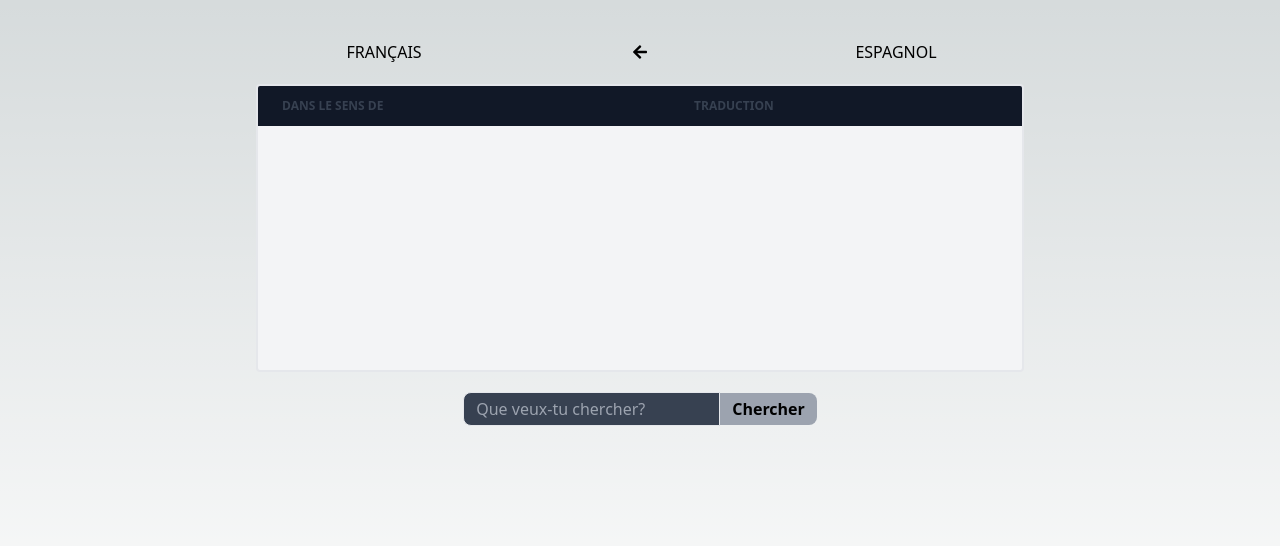
Repository: All-Khwarizmi/Dico
Page: /
An editor plug-in stored every save of this project. The page is shown before and after the next save, followed by the edit.
The browser window is 1280 px wide. The pictures show the whole page.
An inner scrolling area shows only its first screen. The project was rebuilt for these pictures with package versions that can differ from the ones it lists, and the page was loaded fresh each time. The framework's server and built-in components were replaced by stand-ins that run in the browser. Also part of the build but not shown: next.config.js, vite.config.ts.

Above is the page before, as saved 2023-02-17 18:27:07.

### src/app/page.tsx
'use client';
import Image from 'next/image';
import { Inter } from '@next/font/google';
import { FaArrowLeft } from 'react-icons/fa';
import { BsArrowRight } from 'react-icons/bs';
import { FaArrowRight } from 'react-icons/fa';
import EspModal from '@/components/EspModal';
import DicoModal from '@/components/DicoModal';

const inter = Inter({ subsets: ['latin'] });
import parse from 'html-react-parser';
import { useState } from 'react';
import Link from 'next/link';

type Trad = {
  source: string;
  target: string;
};
type Translations = Array<Trad>;
interface TranslationsFetch {
  translations: Array<Trad>;
}
export default function Home() {
  const [word, setWord] = useState<string>('');
  const [isFr, setIsFR] = useState<Boolean>(false);
  const [translations, setTranslations] = useState<Translations>([]);

  const submitWord = (e: React.FormEvent<HTMLFormElement>) => {
    e.preventDefault();
    let check = word.split(' ').length;
    console.log('Submitting', check);
    if (check > 1) {
      return window.alert('1 mot à la fois');
    }
    if (isFr) return fetchDico(word).catch((err) => console.log(err));
     fetchDicoEsp(word).catch((err) => console.log(err));
  };

  const inputWord = (e: React.ChangeEvent<HTMLInputElement>) => {
    return setWord(e.target.value);
  };

  const fetchDico = async (word: string): Promise<void> => {
    console.log('Fetching..');
     const url = 'https://dico-ochre.vercel.app/api/dico';
    const options: RequestInit = {
      method: 'POST',
      headers: {
        'Content-Type': 'text/plain;charset=UTF-8',
      },
      body: JSON.stringify(word),
    };
    const res = await fetch(url, options);
    // eslint-disable-next-line @typescript-eslint/no-unsafe-assignment
    const data = await res.json();
    console.log('Data: ', data);
    // eslint-disable-next-line @typescript-eslint/no-unsafe-assignment
    const { translations }: TranslationsFetch = data;
    setTranslations(translations);
    setWord('');
  };
  const fetchDicoEsp = async (word: string): Promise<void> => {
    console.log('Fetching..');
    const url = 'https://dico-ochre.vercel.app/api/esp';
    const options: RequestInit = {
      method: 'POST',
      headers: {
        'Content-Type': 'text/plain;charset=UTF-8',
      },
      body: JSON.stringify(word),
    };
    const res = await fetch(url, options);
    // eslint-disable-next-line @typescript-eslint/no-unsafe-assignment
    const data = await res.json();
    console.log('Data: ', data);
    // eslint-disable-next-line @typescript-eslint/no-unsafe-assignment
    const { translations }: TranslationsFetch = data;
    setTranslations(translations);
    setWord('');
  };
  return (
    <main className='h-screen w-screen'>
      <div className='grid place-items-center pt-5 '>
        {isFr ? (
          <div className='grid w-[60%] grid-cols-3  place-items-center  '>
            <button onClick={() => setIsFR(!isFr)}>
              <h1 className='py-5 text-center uppercase text-1xl'>Français</h1>
            </button>
            <button onClick={() => setIsFR(!isFr)}>
              <FaArrowRight />
            </button>
            <button onClick={() => setIsFR(!isFr)}>
              <h1 className='py-5 text-center uppercase text-1xl'>Espagnol</h1>
            </button>
          </div>
        ) : (
          <div className='grid w-[60%] grid-cols-3  place-items-center  '>
            <button onClick={() => setIsFR(!isFr)}>
              <h1 className='py-5 text-center uppercase text-1xl'>Français</h1>
            </button>
            <button onClick={() => setIsFR(!isFr)}>
              <FaArrowLeft />
            </button>
            <button onClick={() => setIsFR(!isFr)}>
              <h1 className='py-5 text-center uppercase text-1xl'>Espagnol</h1>
            </button>
          </div>
        )}
      </div>
      <div className='flex h-[100%] flex-col items-center gap-5'>
        <div className=' h-[40%] max-h-[40%] w-[60%] overflow-scroll rounded border-2 border-solid bg-gray-100'>
          <div className='text-black '>
            <div className=''>
              <table className='  relative w-full text-left text-sm text-gray-500 dark:text-gray-400'>
                <thead className='  sticky top-0 bg-gray-900 text-xs uppercase text-gray-700 '>
                  <tr>
                    <th scope='col' className='px-6 dark:text-white py-3 '>
                      Dans le sens de
                    </th>
                    <th scope='col' className='px-6 dark:text-white py-3 '>
                      Traduction
                    </th>
                  </tr>
                </thead>
                <tbody className='bg-gray-800'>
                  {translations?.map((trad: Trad, index) => {
                    return (
                      <tr
                        className='border-b bg-white dark:border-gray-700 dark:bg-gray-800'
                        key={index}
                      >
                        <td className='px-6 py-4'> {parse(trad?.source)}</td>
                        <th
                          scope='row'
                          className='whitespace-nowrap px-6 py-4 font-medium text-gray-900 dark:text-white'
                        >
                          {parse(trad?.target)}
                        </th>
                      </tr>
                    );
                  })}
                </tbody>
              </table>
            </div>
          </div>
        </div>
        <form className='text-black' onSubmit={(e) => submitWord(e)}>
          <input
            onChange={(event) => inputWord(event)}
            value={word}
            placeholder='Que veux-tu chercher?'
            className='rounded-lg border dark:text-white border-1 bg-gray-700 rounded-r-none px-3 py-1'
            type='text'
            name='word'
            id='word'
          />
          <button
            className='rounded-lg rounded-l-none bg-gray-400 dark:text-white font-bold dark:bg-purple-900 px-3 py-1 dark:py-1.5'
            type='submit'
          >
            Chercher
          </button>
        </form>
      </div>
    </main>
  );
}

Loaded but not shown: src/app/layout.tsx (common file); src/app/globals.css (common file); tailwind.config.js (common file)

After the next save:
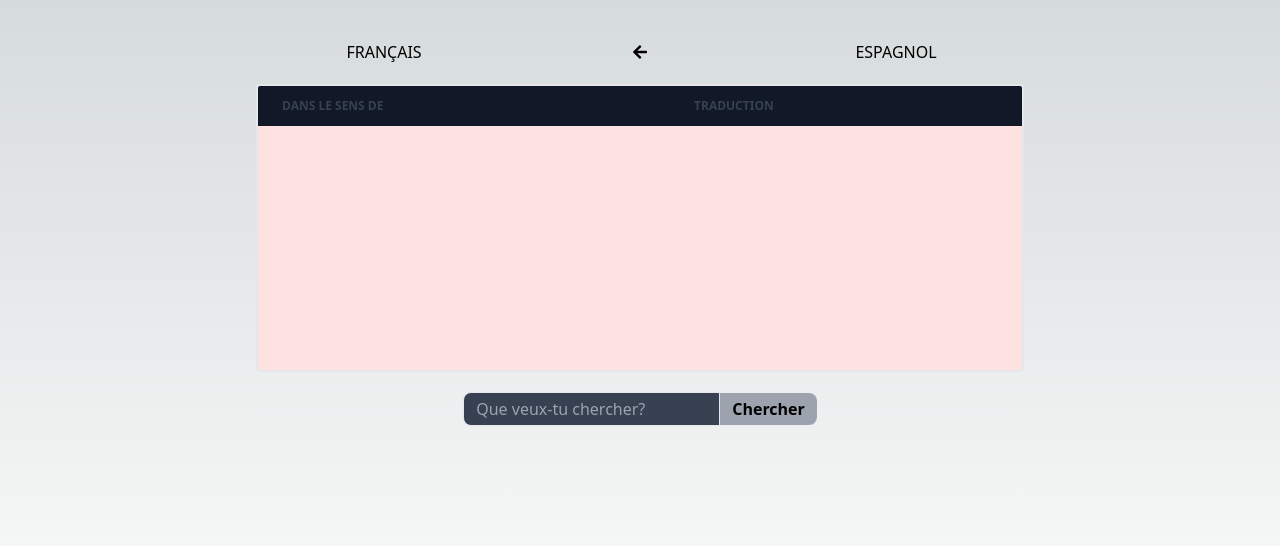
Saved 12 s later.
--- a/src/app/page.tsx
+++ b/src/app/page.tsx
@@ -108,7 +108,7 @@ export default function Home() {
         )}
       </div>
       <div className='flex h-[100%] flex-col items-center gap-5'>
-        <div className=' h-[40%] max-h-[40%] w-[60%] overflow-scroll rounded border-2 border-solid bg-gray-100'>
+        <div className=' h-[40%] max-h-[40%] w-[60%] overflow-scroll rounded border-2 border-solid bg-red-100'>
           <div className='text-black '>
             <div className=''>
               <table className='  relative w-full text-left text-sm text-gray-500 dark:text-gray-400'>
